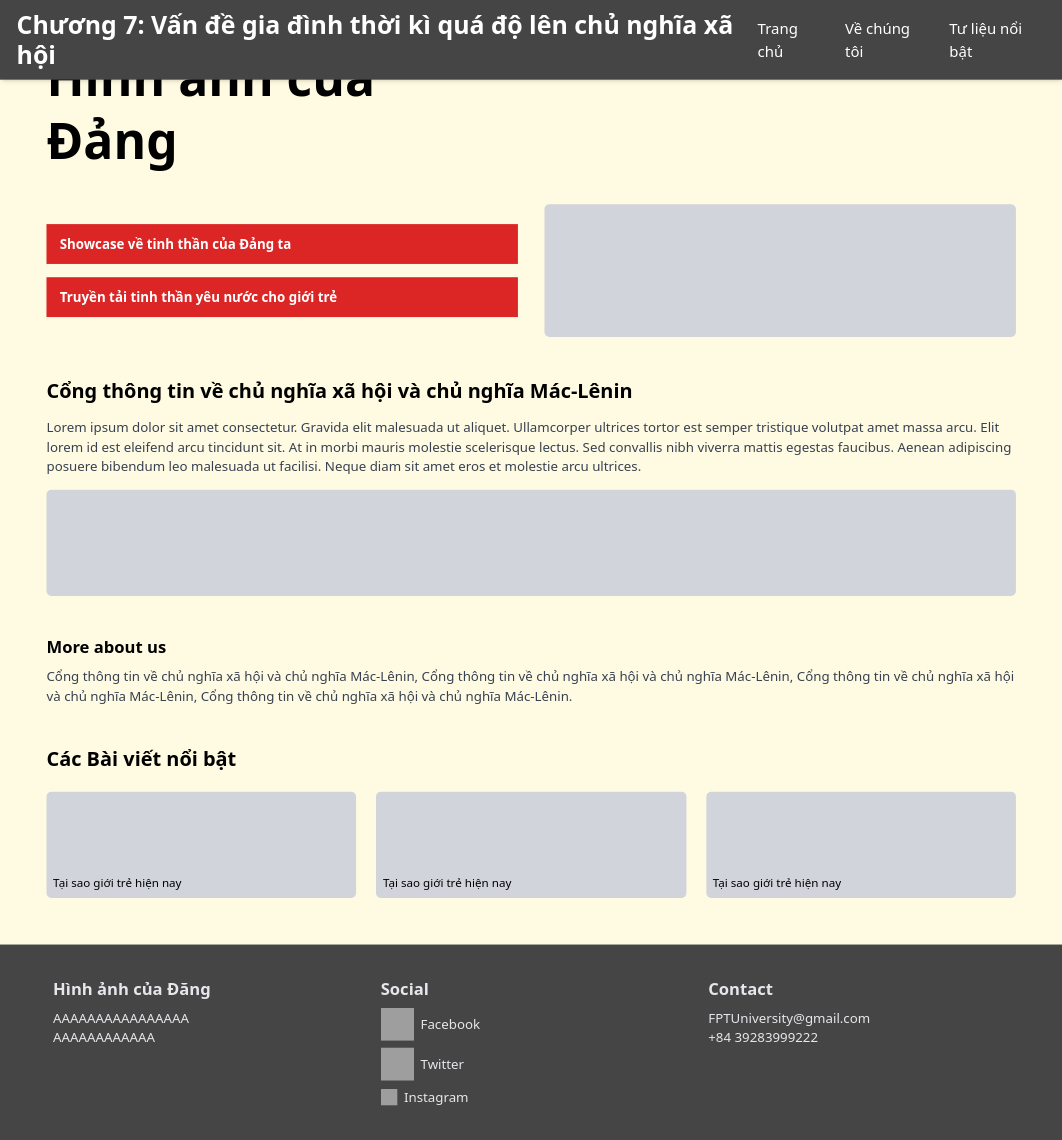
Repository: ultrakhaicraft/PRN232-Website-Showcase
Page: / (app in PRN232/)
The author's editor kept a copy of each file at every save. The page is drawn from the files as they stood at one save, then again after the next save.
The browser window is 1280 px wide. The pictures show the whole page, at 83% of full size.
Pictures or frames that could not be fetched are drawn as grey boxes. The project was rebuilt for these pictures with package versions that can differ from the ones it lists, and the page was loaded fresh each time. Also part of the build but not shown: PRN232/vite.config.js, PRN232/src/pages/About.jsx, PRN232/src/pages/News.jsx.

Above is the page before, as saved 2025-09-17 19:08:50.

After the next save:
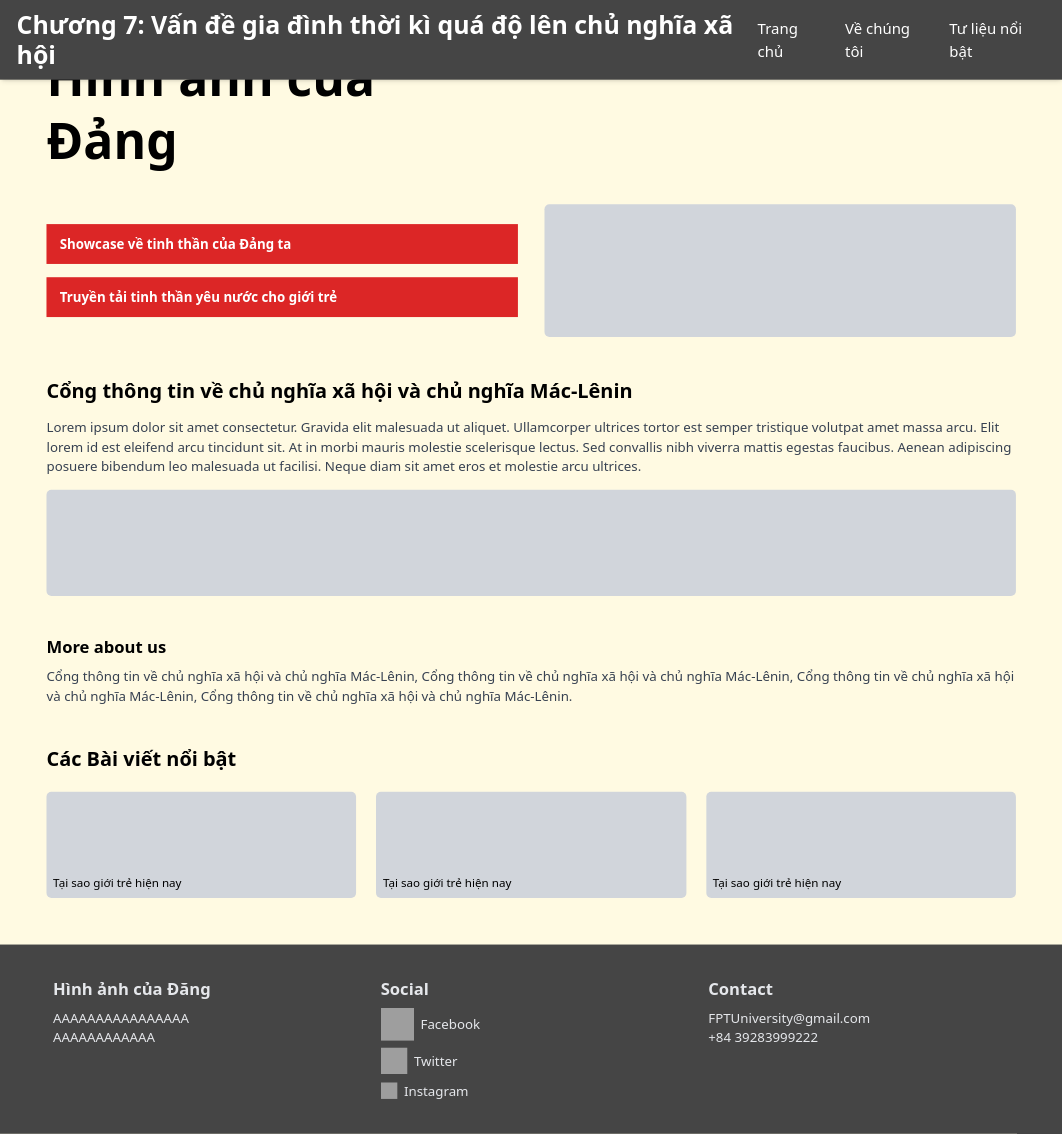
Saved 9 s later.
--- a/PRN232/src/components/Footer.jsx
+++ b/PRN232/src/components/Footer.jsx
@@ -27,7 +27,7 @@ function Footer() {
       <a href="#" className="hover:text-blue-400">Facebook</a>
     </li>
     <li className="flex items-center gap-2">
-      <img src={twitterLogo} alt="Twitter" className="w-10 h-10" />
+      <img src={twitterLogo} alt="Twitter" className="w-8 h-8" />
       <a href="#" className="hover:text-blue-400">Twitter</a>
     </li>
     <li className="flex items-center gap-2">
